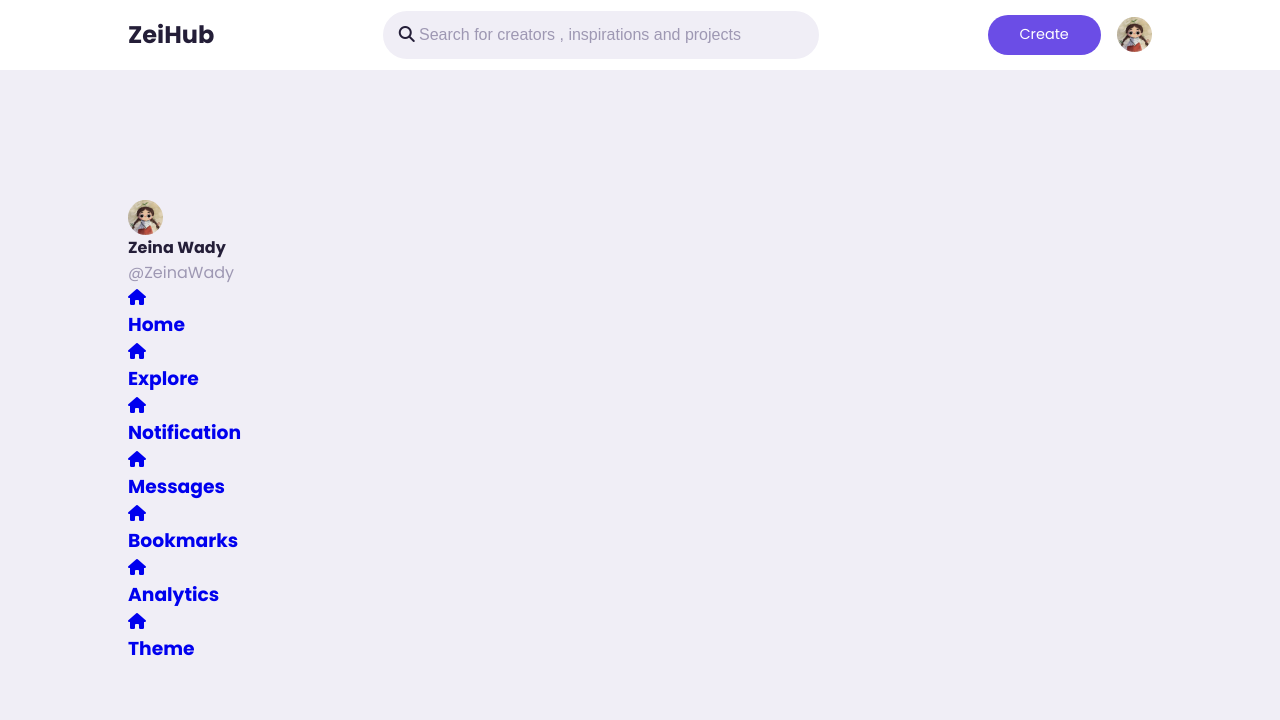
Repository: zeinawady/Social-Media-Template
Page: index.html
An editor plug-in stored every save of this project. The page is shown before and after the next save, followed by the edit.
The browser window is 1280 px wide. The pictures show the whole page.

Above is the page before, as saved 2025-02-15 01:57:17.

After the next save:
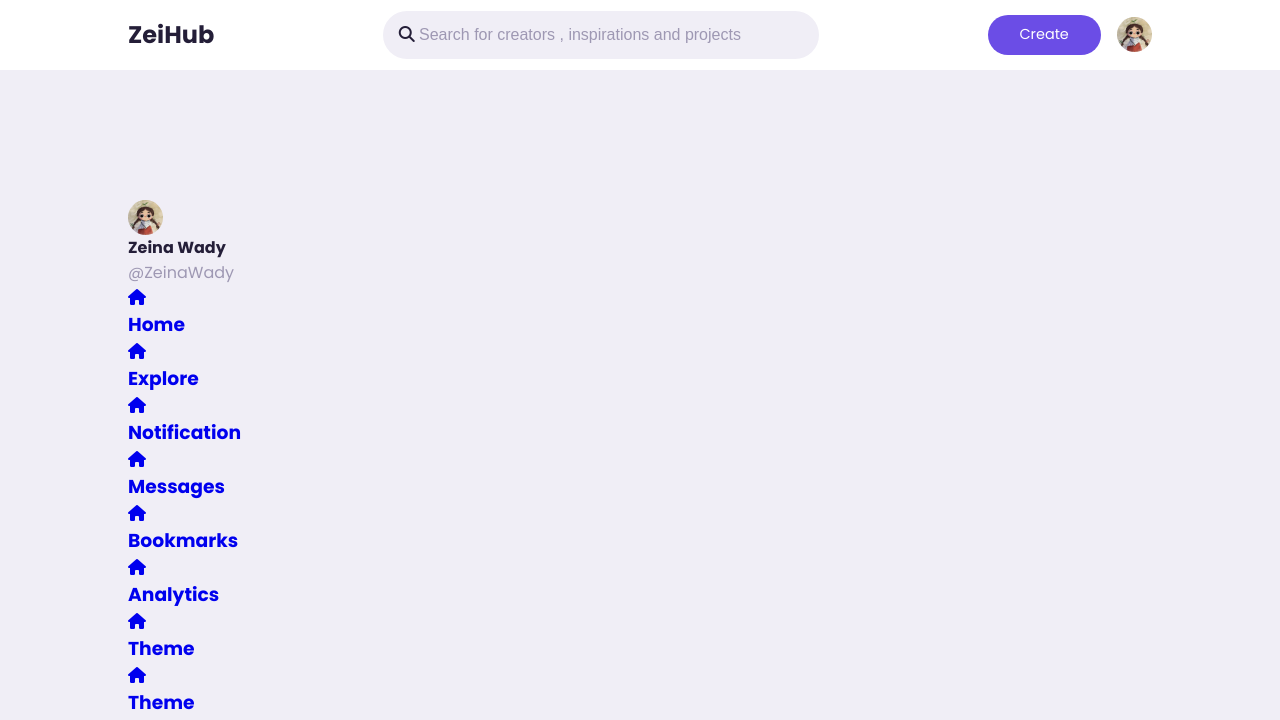
Saved 4 s later.
--- a/index.html
+++ b/index.html
@@ -60,6 +60,8 @@
               <span><i class="fa-solid fa-house"></i> <h3>Bookmarks</h3></span>
               <span><i class="fa-solid fa-house"></i> <h3>Analytics</h3></span>
               <span><i class="fa-solid fa-house"></i> <h3>Theme</h3></span>
+              <span><i class="fa-solid fa-house"></i> <h3>Theme</h3></span>
+
 
 
 
